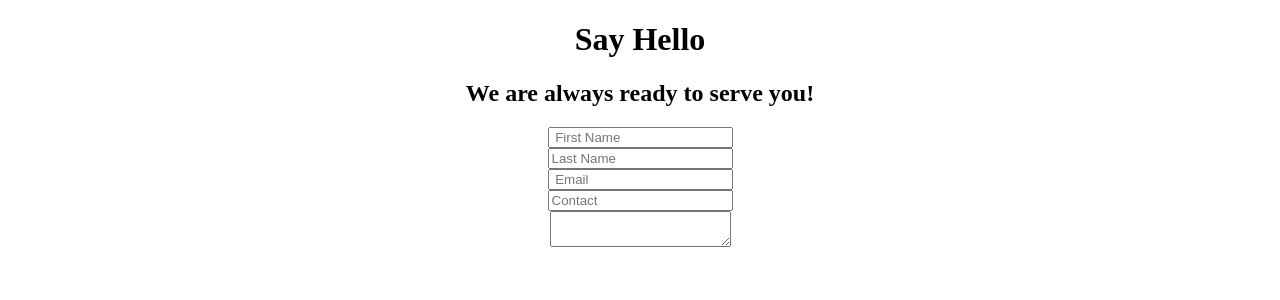
Repository: Owusuharriet/HW1-HAMAH.index.html
Page: index.htm
These files come from the project's save history. The page is drawn as it stood at one moment and after a run of saves; the edit follows.
The browser window is 1280 px wide. The pictures show the whole page.

Above is the page before, as saved 2020-08-03 22:43:25.

After the next 2 saves:
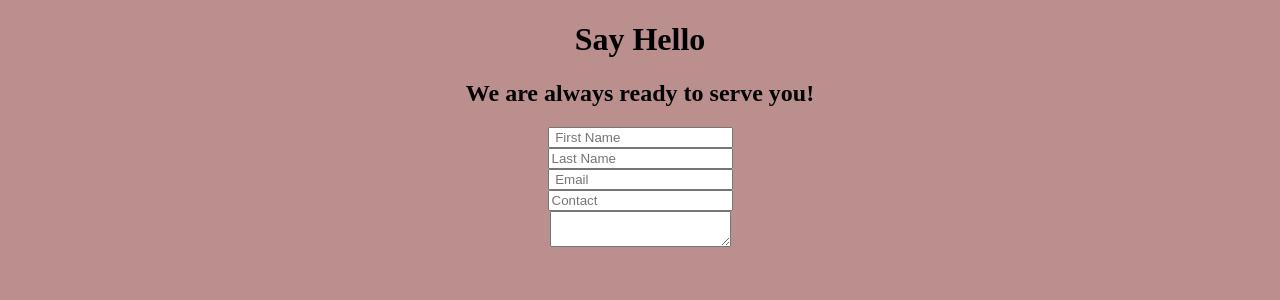
The 2 saves are shown as one change because they came seconds apart.
The last was saved 7 s later.
--- a/style.css
+++ b/style.css
@@ -2,7 +2,7 @@ body{
     margin: 0;
     padding: 0;
     text-align: center;
-    background
+    background-color: rosybrown;
     background-size: cover;
     background-position: center;
 
